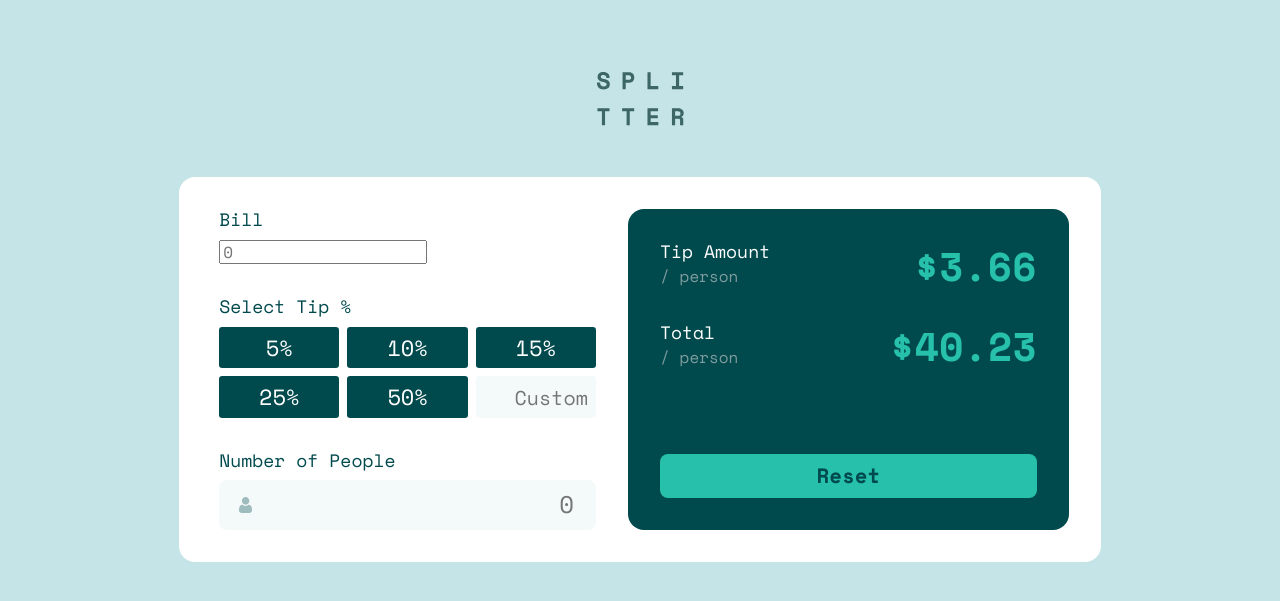
Repository: Jay-JYKim91/FM_tip-calculator
Page: index.html
These files come from the project's save history. The page is drawn as it stood at one moment and after the next save; the edit follows.
The browser window is 1280 px wide. The pictures show the whole page.

Above is the page before, as saved 2021-12-23 12:49:32.

After the next save:
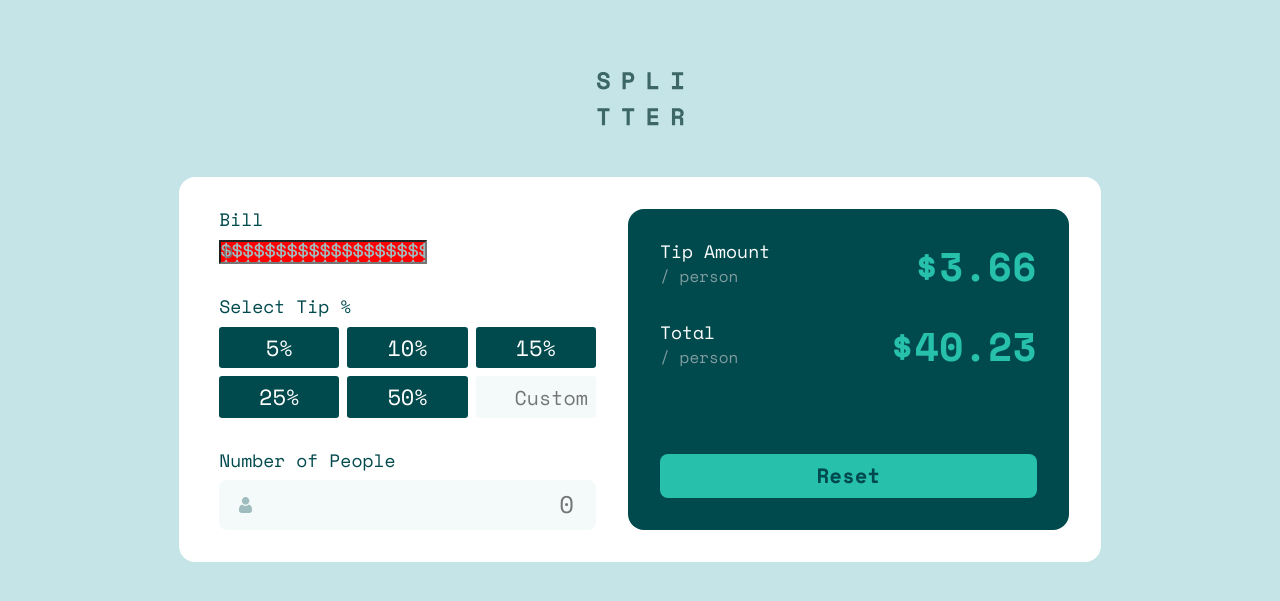
Saved 37 s later.
--- a/style.css
+++ b/style.css
@@ -78,6 +78,10 @@ header {
   margin: 0 0 10px 0;
   color: var(--very-dark-cyan);
   font-size: 18px;
+}
+#billInput {
+  background-color: red;
+  background-image: url("./images/icon-dollar.svg");
 }
 .input_form {
   display: flex;
